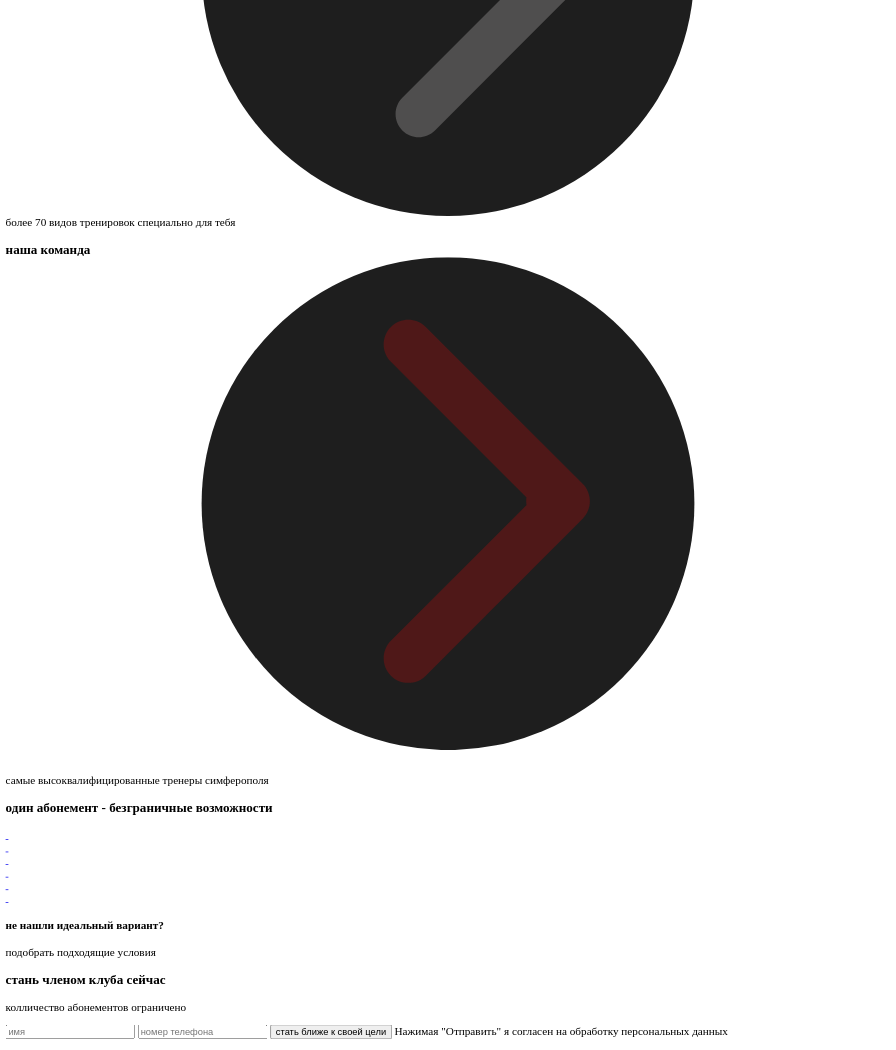
Repository: babka2002/Gagar1n
Page: resources/views/home.blade.php
These files come from the project's save history. The page is drawn as it stood at one moment and after the next save; the edit follows.
The browser window is 1280 px wide. The pictures show the part of the page from y = 2402 to 4322 px (the page is 3902 px tall before and 4322 px after), at 70% of full size.
The page is served by the project's Laravel application, run on PHP 8.4 with Laravel 12. The template is opened directly, without the code that normally fills it, so the values that code supplies are empty.

Above is the page before, as saved 2024-12-17 21:34:50.

After the next save:
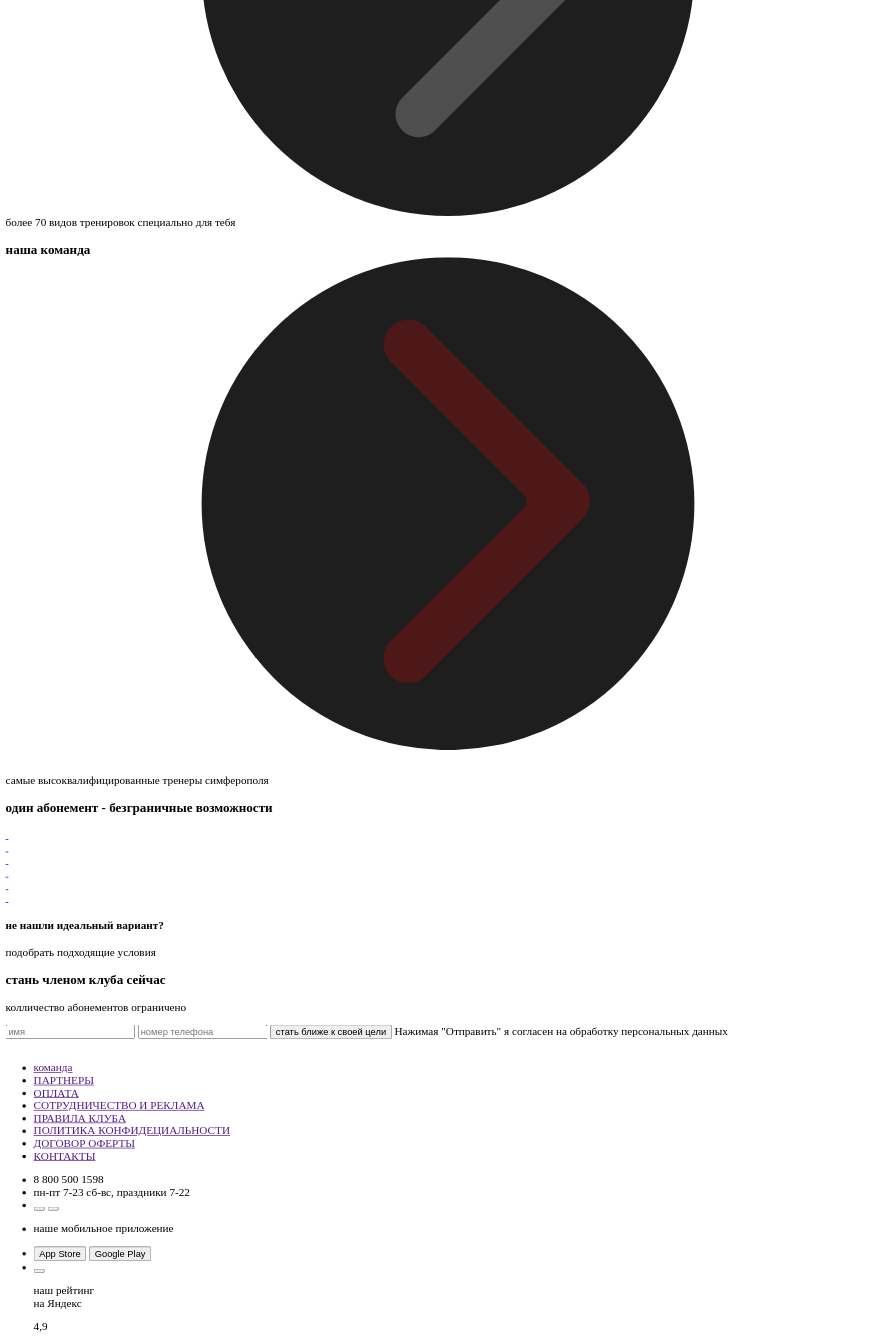
Saved 11 s later.
--- a/resources/views/home.blade.php
+++ b/resources/views/home.blade.php
@@ -358,7 +358,95 @@
   </section>
   <!-- END::FORM -->
 
-
+  <!-- START::FOOTER -->
+  <footer class="bg-light py-10 md:py-24 px-4">
+    <div
+      class="container sm:grid sm:grid-cols-4 md:grid-cols-5 items-center gap-12 bg-dark rounded-[clamp(3rem,2.3449rem+2.9116vw,4.8125rem)] px-[clamp(2.375rem,1.7877rem+2.6104vw,4rem)] py-10">
+
+      <a href="" class="sm:col-span-4 md:col-span-1 flex justify-center items-center"><img src="/img/footer-logo.svg"
+          alt="" class="max-w-full block"></a>
+
+      <ul class="col-span-2">
+        <li class="">
+          <a href=""
+            class="text-[clamp(0.6875rem,0.2809rem+1.8072vw,1.8125rem)] text-light font-normal uppercase hover:border-b hover:border-light">команда</a>
+        </li>
+        <li class="">
+          <a href=""
+            class="text-[clamp(0.6875rem,0.2809rem+1.8072vw,1.8125rem)] text-light font-normal uppercase hover:border-b hover:border-light">ПАРТНЕРЫ</a>
+        </li>
+        <li class="">
+          <a href=""
+            class="text-[clamp(0.6875rem,0.2809rem+1.8072vw,1.8125rem)] text-light font-normal uppercase hover:border-b hover:border-light">ОПЛАТА</a>
+        </li>
+        <li class="">
+          <a href=""
+            class="text-[clamp(0.6875rem,0.2809rem+1.8072vw,1.8125rem)] text-light font-normal uppercase hover:border-b hover:border-light">СОТРУДНИЧЕСТВО
+            И РЕКЛАМА</a>
+        </li>
+        <li class="">
+          <a href=""
+            class="text-[clamp(0.6875rem,0.2809rem+1.8072vw,1.8125rem)] text-light font-normal uppercase hover:border-b hover:border-light">ПРАВИЛА
+            КЛУБА</a>
+        </li>
+        <li class="">
+          <a href=""
+            class="text-[clamp(0.6875rem,0.2809rem+1.8072vw,1.8125rem)] text-light font-normal uppercase hover:border-b hover:border-light">ПОЛИТИКА
+            КОНФИДЕЦИАЛЬНОСТИ</a>
+        </li>
+        <li class="">
+          <a href=""
+            class="text-[clamp(0.6875rem,0.2809rem+1.8072vw,1.8125rem)] text-light font-normal uppercase hover:border-b hover:border-light">ДОГОВОР
+            ОФЕРТЫ</a>
+        </li>
+        <li class="">
+          <a href=""
+            class="text-[clamp(0.6875rem,0.2809rem+1.8072vw,1.8125rem)] text-light font-normal uppercase hover:border-b hover:border-light">КОНТАКТЫ</a>
+        </li>
+      </ul>
+
+      <ul class="col-span-2">
+        <li
+          class="text-light [font-size:_clamp(1.125rem,0.7775rem+1.7375vw,2.25rem)] font-normal leading-5 text-right mb-3">
+          8 800 500
+          1598</li>
+
+        <li class="">
+          <span class="block text-light text-right [font-size:_clamp(0.625rem,0.4706rem+0.7722vw,1.125rem)]">пн-пт
+            7-23</span>
+          <span class="block text-light text-right [font-size:_clamp(0.625rem,0.4706rem+0.7722vw,1.125rem)]">сб-вс,
+            праздники 7-22</span>
+        </li>
+
+        <li class="flex items-center justify-end mb-4">
+          <button class="hover:opacity-70 transition-all"><img src="/img/telegram_button_light.svg" alt=""
+              class="max-w-[3.3125em]"></button>
+          <button class="hover:opacity-70 transition-all"><img src="/img/vk_button_light.svg" alt=""
+              class="max-w-[3.3125em]"></button>
+        </li>
+
+        <li class="">
+          <p class="[font-size:_clamp(0.625rem,0.5092rem+0.5792vw,1rem)] text-light font-normal text-right">наше
+            мобильное приложение</p>
+        </li>
+
+        <li class="flex items-center justify-end gap-4 py-4">
+          <button class="border border-light rounded-[64px] h-16 px-4 py-2 text-light">App Store</button>
+          <button class="border border-light rounded-[64px] h-16 px-4 py-2 text-light">Google Play</button>
+        </li>
+
+        <li class="flex justify-end items-center gap-5">
+          <button class=""><img src="/img/yandex_button.svg" alt=""></button>
+          <p class="text-light [font-size:_clamp(0.5rem,0.3649rem+0.6757vw,0.9375rem)] font-normal">наш рейтинг <br>на
+            Яндекс</p>
+          <p class="[font-size:_clamp(1.3125rem,0.9457rem+1.834vw,2.5rem)] text-light font-normal">4,9</p>
+        </li>
+
+      </ul>
+
+    </div>
+  </footer>
+  <!-- END::FOOTER -->
 
 
   <dialog id="dialog"
